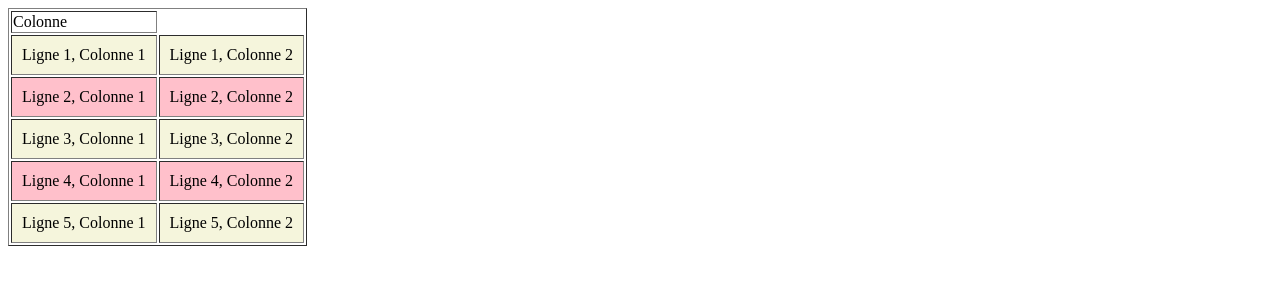
Repository: Chaimaa482/web-tp4
Page: ex1.html
An editor plug-in stored every save of this project. The page is shown before and after a run of saves, followed by the edit.
The browser window is 1280 px wide. The pictures show the whole page.

Above is the page before, as saved 2023-10-22 15:48:05.

After the next 5 saves:
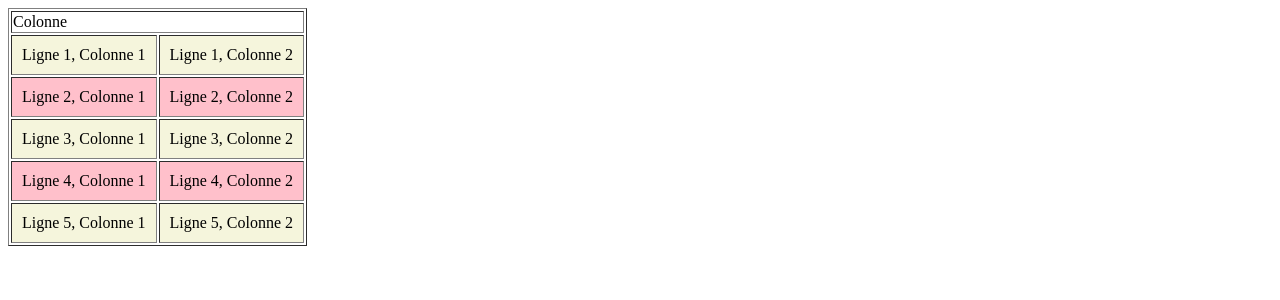
The 5 saves are shown as one change because they came seconds apart.
The last was saved 12 s later.
--- a/ex1.html
+++ b/ex1.html
@@ -5,7 +5,7 @@
 <body>
     <table id="myTable" border="1">
         <tr>
-            <td>Colonne</td>
+            <td colSpan="2" >Colonne</td>
         </tr>
         <tr>
             <td>Ligne 1, Colonne 1</td>
